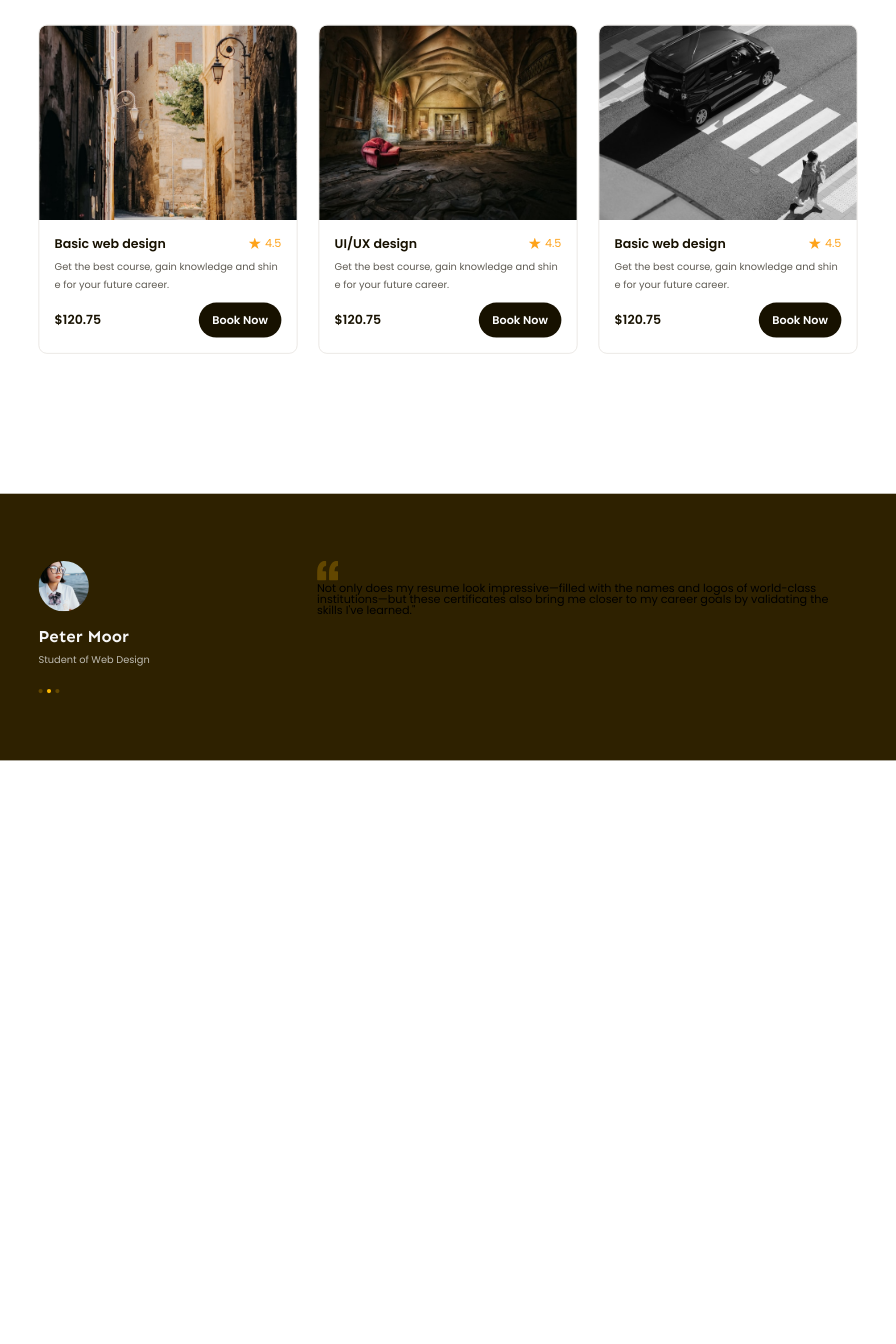
Repository: empty24062002/f8-htmlcss-02-pratice
Page: index.html
The author's editor kept a copy of each file at every save. The page is drawn from the files as they stood at one save, then again after the next save.
The browser window is 1280 px wide. The pictures show the part of the page from y = 1215 to 3135 px (the page is 5187 px tall), at 70% of full size.
A picture or video elsewhere on the page could not be fetched, so the positions and the page height are approximate.

Above is the page before, as saved 2023-07-19 09:48:14.

After the next save:
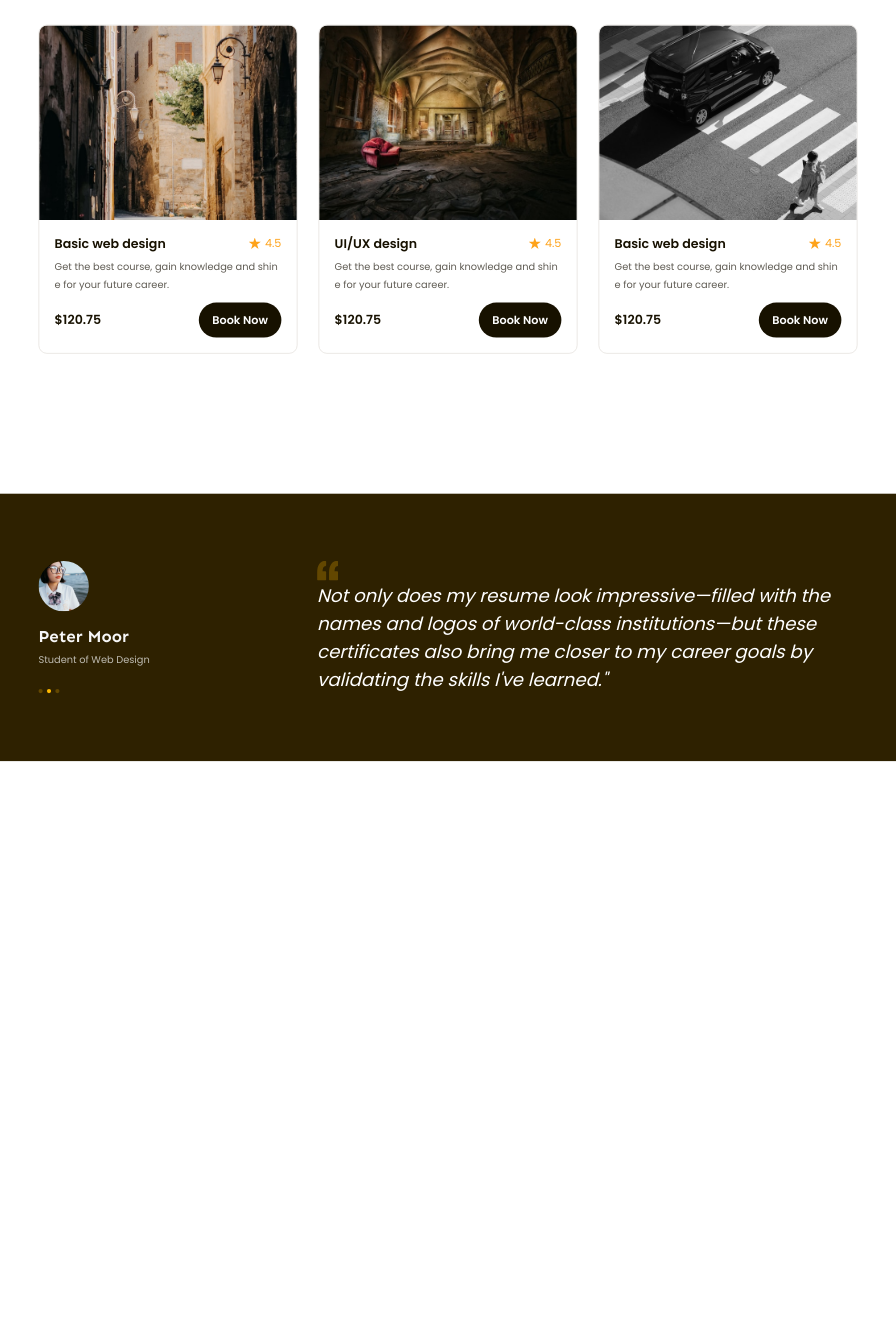
Saved 34 s later.
--- a/assets/css/styles.css
+++ b/assets/css/styles.css
@@ -465,4 +465,9 @@ a {
 
 .feedback .content blockquote {
     width: 748px;
-}
+    color: #fff;
+    font-size: 2.6rem;
+    font-style: italic;
+    font-weight: 400;
+    line-height: 1.53; /* 153.846% */
+}
